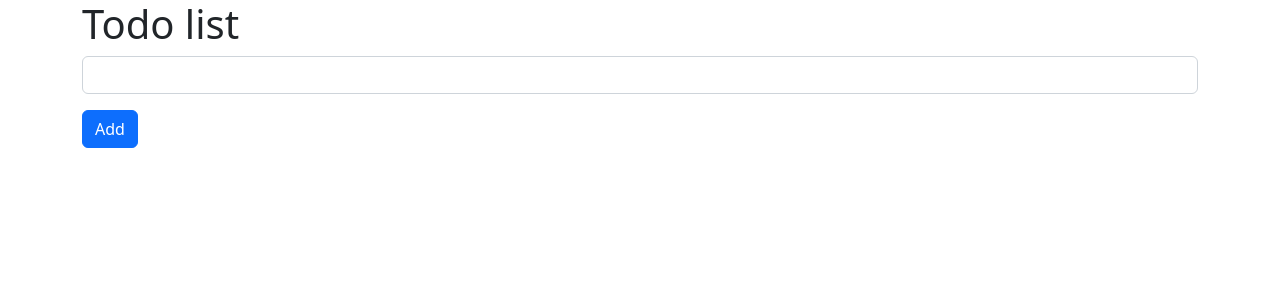
Repository: NPhanA/React2022
Page: / (app in Day 07-State and lifecycle/exercise/)
The author's editor kept a copy of each file at every save. The page is drawn from the files as they stood at one save, then again after the next save.
The browser window is 1280 px wide. The pictures show the whole page.
The project was rebuilt for these pictures with package versions that can differ from the ones it lists, and the page was loaded fresh each time. Also part of the build but not shown: Day 07-State and lifecycle/exercise/src/Components/AppState.js, Day 07-State and lifecycle/exercise/src/Components/FormComponents.js, Day 07-State and lifecycle/exercise/src/Components/BasicCalculator.js, Day 07-State and lifecycle/exercise/src/Components/Home.js, Day 07-State and lifecycle/exercise/src/Components/LogInForm.js.

Above is the page before, as saved 2022-08-01 17:04:06.

### Day 07-State and lifecycle/exercise/src/index.js
import React from 'react';
import ReactDOM from 'react-dom/client';
import './index.css';
import { createRoot } from 'react-dom/client';
import AppState from './Components/AppState';
import 'bootstrap/dist/css/bootstrap.min.css';
import Calculator from './Components/BasicCalculator';
import LogIn from './Components/LogInForm';
import ToDo from './Components/ToDo';
const container = document.getElementById('root');
const root = createRoot(container);
root.render(<ToDo />);

### Day 07-State and lifecycle/exercise/src/Components/ToDo.js
import { Component } from "react";
class ToDo extends Component {





    render() {
        return (
            <div className="container">
                <div className="row">
                    <div className="col-xxl-4"></div>
                    <div className="col-xxl-4">
                        <h1>
                            Todo list
                        </h1>
                        <input type="text" className="form-control mb-3"></input>
                        <button className="btn btn-primary" role="button" type="submit">Add</button>
                    </div>
                    <div className="col-xxl-4"></div>
                </div>
            </div>

        )



    }

}
export default ToDo;

Loaded but not shown: Day 07-State and lifecycle/exercise/public/index.html (common file); Day 07-State and lifecycle/exercise/src/index.css (common file)

After the next save:
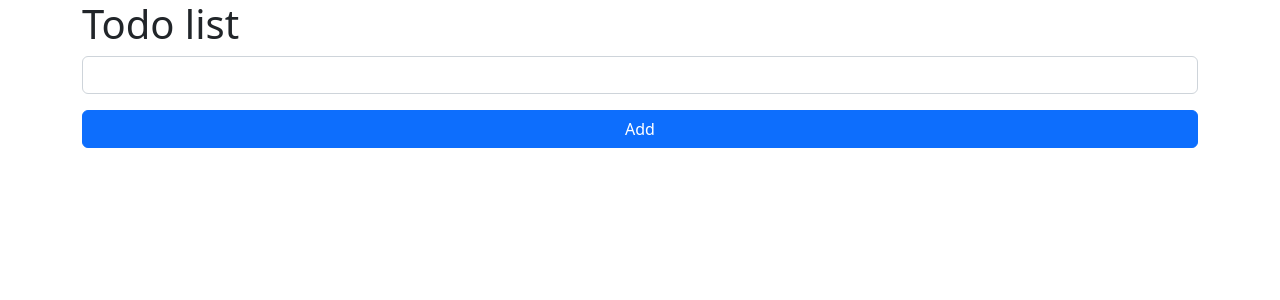
Saved 16 s later.
--- a/Day 07-State and lifecycle/exercise/src/Components/ToDo.js
+++ b/Day 07-State and lifecycle/exercise/src/Components/ToDo.js
@@ -15,7 +15,7 @@ class ToDo extends Component {
                             Todo list
                         </h1>
                         <input type="text" className="form-control mb-3"></input>
-                        <button className="btn btn-primary" role="button" type="submit">Add</button>
+                        <button className="btn btn-primary w-100" role="button" type="submit">Add</button>
                     </div>
                     <div className="col-xxl-4"></div>
                 </div>
